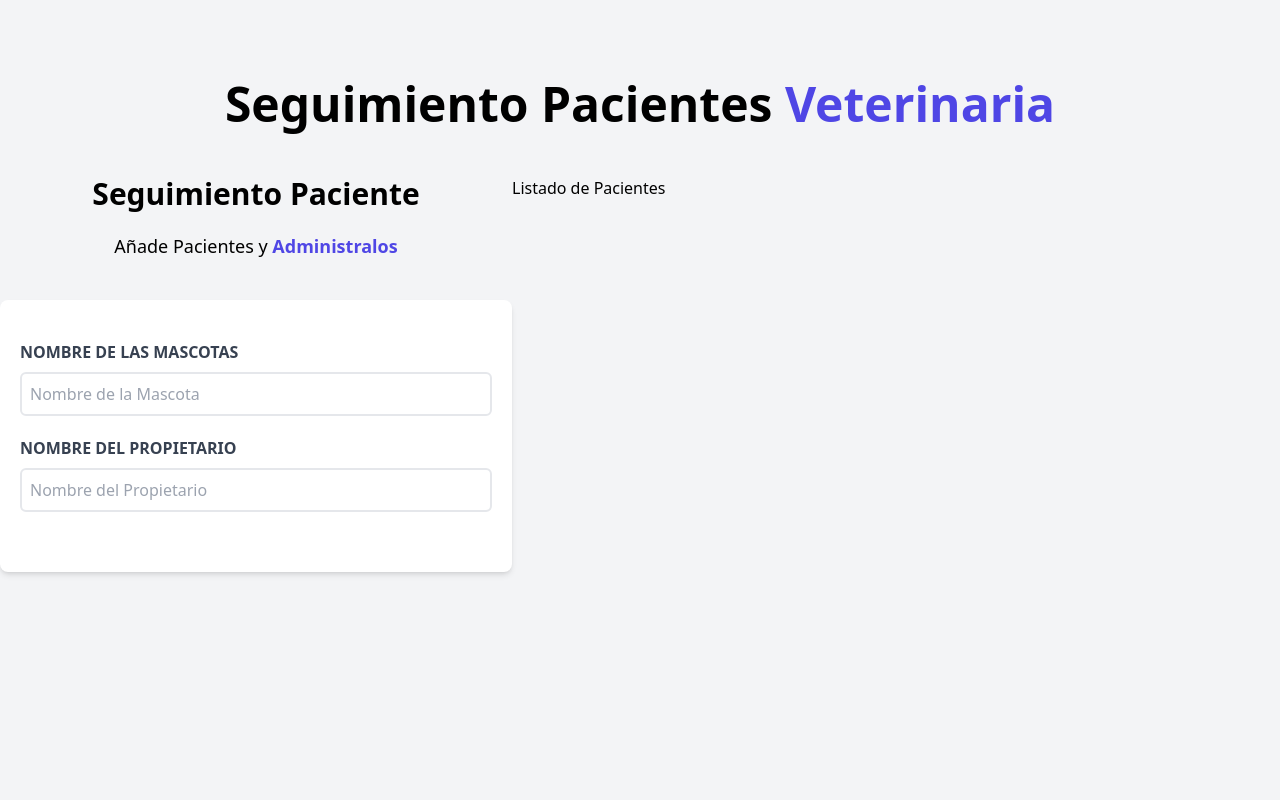
Repository: richardacb/citas_react_vite
Page: /
These files come from the project's save history. The page is drawn as it stood at one moment and after the next save; the edit follows.
The browser window is 1280 px wide. The pictures show the whole page.
The project was rebuilt for these pictures with package versions that can differ from the ones it lists, and the page was loaded fresh each time. Also part of the build but not shown: vite.config.js.

Above is the page before, as saved 2022-12-17 02:49:47.

### src/App.jsx
import { useState } from "react";
import Header from "./components/Header";
import Formulario from "./components/Formulario";
import ListadoPacientes from "./components/ListadoPacientes";

function App() {
  return (
    <div className="container mx-auto mt-20">
      <Header />
      <div className="mt-12 md:flex">
        <Formulario />
        <ListadoPacientes />
      </div>
    </div>
  );
}

export default App;

### src/components/Header.jsx
function Header() {
  return (
    <>
        <h1 className="font-black text-5xl text-center md:w-2/3 mx-auto">Seguimiento Pacientes {''}
         <span className="text-indigo-600">Veterinaria</span></h1>
    </>
  );
}

export default Header;

### src/components/Formulario.jsx
const Formulario = () => {
    return (
        <div className="md:w-1/2 lg:w-2/5">
            <h2 className="font-black text-3xl text-center">Seguimiento Paciente</h2>

            <p className="text-lg mt-5 text-center mb-10">
                Añade Pacientes y {''} <span className="text-indigo-600 font-bold">Administralos</span>
            </p>

            <form className="bg-white shadow-md rounded-lg py-10 px-5">
                <div className="mb-5">
                    <label  htmlFor="mascota" className="block text-gray-700 uppercase font-bold">
                        Nombre de las Mascotas
                    </label>
                    <input
                        id="mascota"
                        type="text"
                        placeholder="Nombre de la Mascota"
                        className="border-2 w-full p-2 mt-2 placeholder-gray-400 rounded-md"
                    />
                </div>

                <div className="mb-5">
                    <label  htmlFor="propietario" className="block text-gray-700 uppercase font-bold">
                        Nombre del Propietario
                    </label>
                    <input
                        id="propietario"
                        type="text"
                        placeholder="Nombre del Propietario"
                        className="border-2 w-full p-2 mt-2 placeholder-gray-400 rounded-md"
                    />
                </div>

            </form>
        </div>
    )
}

export default Formulario;

### src/components/ListadoPacientes.jsx
const ListadoPacientes = () => {
  return (
    <div className="w-1/2 lg:w-3/5">
      <h2>Listado de Pacientes</h2>
    </div>
  );
};

export default ListadoPacientes;

Loaded but not shown: index.html (common file); src/main.jsx (common file); src/index.css (common file); tailwind.config.cjs (common file)

After the next save:
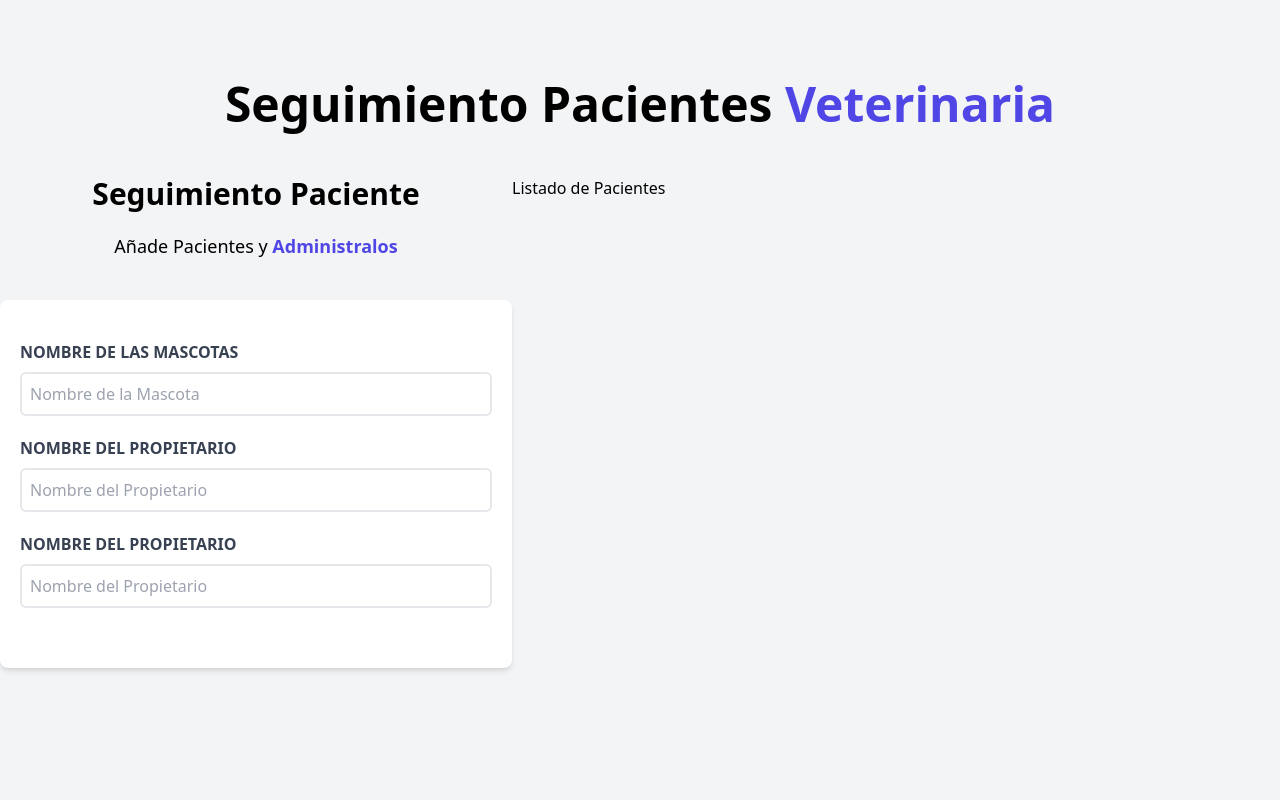
Saved 12 s later.
--- a/src/components/Formulario.jsx
+++ b/src/components/Formulario.jsx
@@ -32,6 +32,18 @@ const Formulario = () => {
                     />
                 </div>
 
+                <div className="mb-5">
+                    <label  htmlFor="propietario" className="block text-gray-700 uppercase font-bold">
+                        Nombre del Propietario
+                    </label>
+                    <input
+                        id="propietario"
+                        type="text"
+                        placeholder="Nombre del Propietario"
+                        className="border-2 w-full p-2 mt-2 placeholder-gray-400 rounded-md"
+                    />
+                </div>
+
             </form>
         </div>
     )
